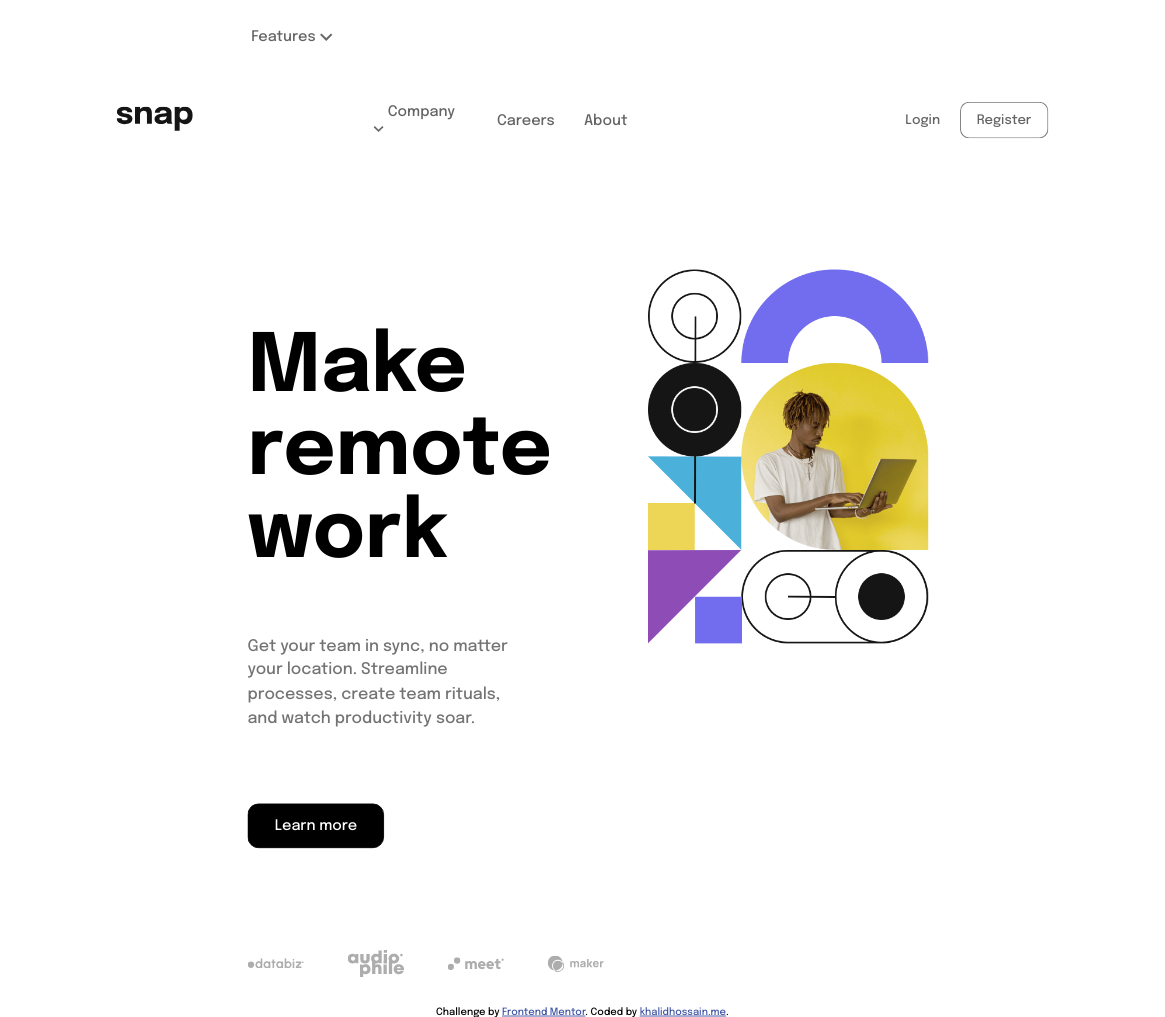
Repository: badhon252/revision
Page: intro-section-with-dropdown-navigation-main/index.html
These files come from the project's save history. The page is drawn as it stood at one moment and after the next save; the edit follows.
The browser window is 1280 px wide. The pictures show the whole page, at 91% of full size.
The style sheet was rebuilt from its Sass, Less or Tailwind sources for each picture, by a compiler version that may differ from the author's.

Above is the page before, as saved 2022-08-06 23:23:49.

### intro-section-with-dropdown-navigation-main/index.html
<!DOCTYPE html>
<html lang="en">

<head>
  <meta charset="UTF-8">
  <meta name="viewport" content="width=device-width, initial-scale=1.0">
  <!-- displays site properly based on user's device -->

  <link rel="icon" type="image/png" sizes="32x32" href="./images/favicon-32x32.png">
  <link rel="stylesheet" href="./scss/style.css">
  <title>Frontend Mentor | Intro section with dropdown navigation</title>

  <!-- Feel free to remove these styles or customise in your own stylesheet 👍 -->
  <style>

  </style>
</head>

<body>
  <header id="header">
    <nav class="navbar">
      <div class="navbar-brand"><img src="./images/logo.svg" alt="snap"></div>
      <ul class="nav">
        <li class="nav-items dropdown-menu"><a href="" class="nav-links">Features <img class="arrow-icon"
              src="./images/icon-arrow-down.svg" alt="">
            <div class="dropdown">
              <ul class="dropdown-content">
                <li class="dropdown-item">📓Todo List</li>
                <li class="dropdown-item">📅Calender</li>
                <li class="dropdown-item">🔕Reminder </li>
                <li class="dropdown-item">⏲Planing</li>
              </ul>
            </div>
          </a>
        </li>
        <li class="nav-items"><a href="" class="nav-links">Company <img class="arrow-icon"
              src="./images/icon-arrow-down.svg" alt=""></a>
        </li>
        <li class="nav-items"><a href="" class="nav-links">Careers</a></li>
        <li class="nav-items"><a href="" class="nav-links">About</a></li>
      </ul>
      <div class="btn-group">
        <button class="btn-login btn">Login</button>
        <button class="btn-register btn">Register</button>
      </div>
    </nav>


    <div class="content">
      <div class="row">
        <div class="col-md-6">
          <div class="head-line">
            Make <br> remote work
          </div>

          <p class="content-param">
            Get your team in sync, no matter your location. Streamline processes,
            create team rituals, and watch productivity soar.
          </p>

          <button class="btn">Learn more</button>

          <div class="collabs">
            <img src="./images/client-databiz.svg" alt=""><img src="./images/client-audiophile.svg" alt=""><img
              src="./images/client-meet.svg" alt=""><img src="./images/client-maker.svg" alt="">
          </div>

        </div>


        <div class="col-md-6">
          <img class="content-img" src="./images/image-hero-desktop.png" alt="">
        </div>
      </div>
    </div>



  </header>
  <div class="attribution">
    Challenge by <a href="https://www.frontendmentor.io?ref=challenge" target="_blank">Frontend Mentor</a>.
    Coded by <a href="https://www.khalidhossain.me/">khalidhossain.me</a>.
  </div>
</body>

</html>

### intro-section-with-dropdown-navigation-main/scss/style.scss
* {
  margin: 0;
  padding: 0;
  box-sizing: border-box;
  overflow: hidden;
  font-family: "Epilogue", sans-serif;
}
@import url("https://fonts.googleapis.com/css2?family=Epilogue:wght@500;700&display=swap");

#header {
  .navbar {
    display: flex;
    align-items: center;
    padding: 2rem 8rem;
    .nav {
      display: flex;
      align-items: center;
      padding: 0 3rem;

      .nav-items .nav-links {
        text-decoration: none;
        margin: 0 1rem;
        color: rgba(0, 0, 0, 0.61);
        font-weight: 500;
        position: relative;
        &:hover {
          color: #000;
        }
      }
      .dropdown-menu {
        position: relative;
        display: inline-block;
        overflow: scroll;
        width: 150px;
        height: 200px;

        &:hover .dropdown-content {
          display: block;
        }
      }
      .dropdown {
        background-color: #45eee5;
        color: #000;
        li {
          display: block;
        }
        .dropdown-content {
          display: none;
          position: absolute;
          z-index: 1;
          color: rgb(255, 255, 255);
          min-width: 240px;
          height: auto;
          padding: 1rem;
        }
      }
    }
    .arrow-icon {
      width: 10%;
      height: auto;
    }
    .btn-group {
      margin: auto 0 auto auto;

      .btn {
        outline: none;
        padding: 12px 1.1rem;
        background-color: #fff;
        cursor: pointer;
        font-size: 0.9rem;
        color: rgba(0, 0, 0, 0.61);
        &:hover {
          color: #000;
        }
      }
      .btn-login {
        border: none;
        &:hover {
          color: #000;
        }
      }
      .btn-register {
        border: 1px solid rgba(0, 0, 0, 0.527);
        border-radius: 10px;
        &:hover {
          border: 1px solid #000;

          background-color: rgb(0, 0, 0);
          color: rgb(255, 255, 255);
        }
      }
    }
  }

  .content {
    padding: 2rem 8rem 2rem 17rem;

    .row {
      display: flex;
      max-width: 100%;
      .col-md-6 {
        width: 50%;

        .head-line {
          font-size: 5.5rem;
          font-weight: 700;
          padding: 4rem 0;
        }
        .content-param {
          padding: 0 29% 2rem 0;
          line-height: 1.5;
          color: rgba(0, 0, 0, 0.548);
          font-size: 1.1rem;
        }

        .btn {
          padding: 15px 1.8rem;
          outline: none;
          border: none;
          font-size: 1rem;
          background-color: #000;
          color: #fff;
          border-radius: 12px;
          margin: 3rem 0;
          border: 1px solid #000;
          transition: 0.3s;
          cursor: pointer;
          &:hover {
            background-color: #fff;
            color: #000;
          }
        }

        .content-img {
          width: 70%;
          height: auto;
        }
        .collabs {
          display: flex;
          align-items: center;
          padding-top: 4rem;
          img {
            margin-right: 3rem;
            width: 100%;
            height: auto;
          }
        }
      }
    }
  }
}

// footer====
// ===============
// ==========
.attribution {
  font-size: 11px;
  text-align: center;
}

.attribution a {
  color: hsl(228, 45%, 44%);
}

After the next save:
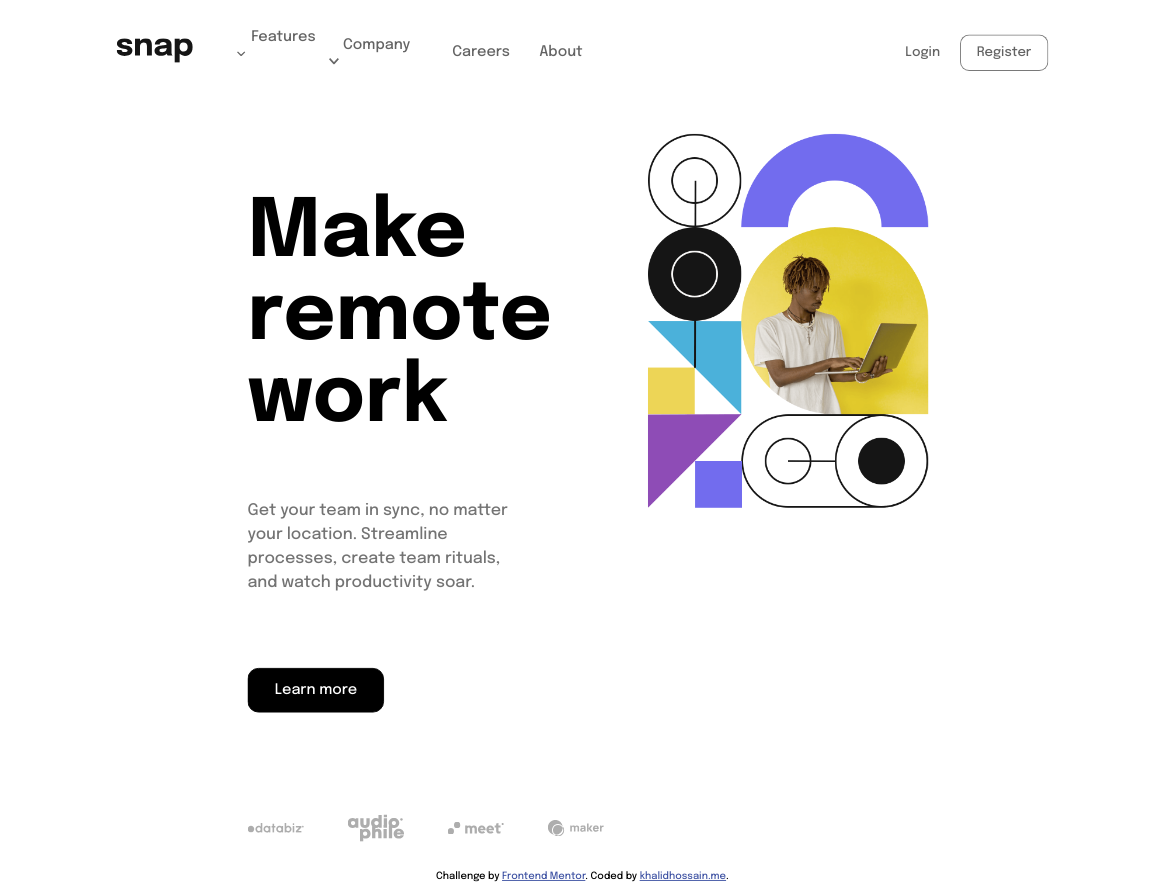
Saved 104 s later.
--- a/intro-section-with-dropdown-navigation-main/scss/style.scss
+++ b/intro-section-with-dropdown-navigation-main/scss/style.scss
@@ -30,9 +30,9 @@
       .dropdown-menu {
         position: relative;
         display: inline-block;
-        overflow: scroll;
-        width: 150px;
-        height: 200px;
+        // overflow: scroll;
+        // width: 150px;
+        // height: 200px;
 
         &:hover .dropdown-content {
           display: block;

After the save that followed:
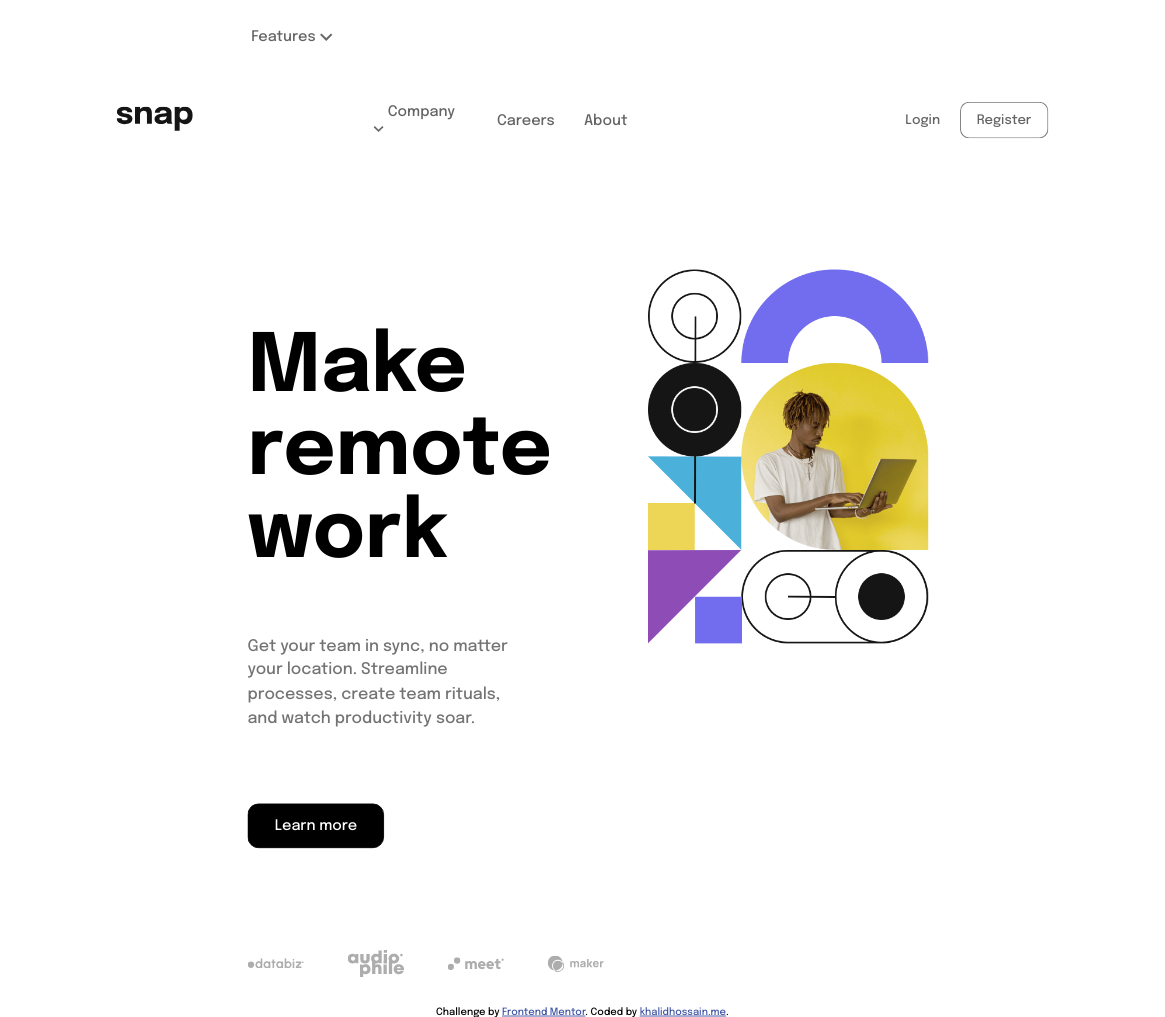
Saved 11 s later.
--- a/intro-section-with-dropdown-navigation-main/scss/style.scss
+++ b/intro-section-with-dropdown-navigation-main/scss/style.scss
@@ -30,9 +30,9 @@
       .dropdown-menu {
         position: relative;
         display: inline-block;
-        // overflow: scroll;
-        // width: 150px;
-        // height: 200px;
+        overflow: scroll;
+        width: 150px;
+        height: 200px;
 
         &:hover .dropdown-content {
           display: block;
